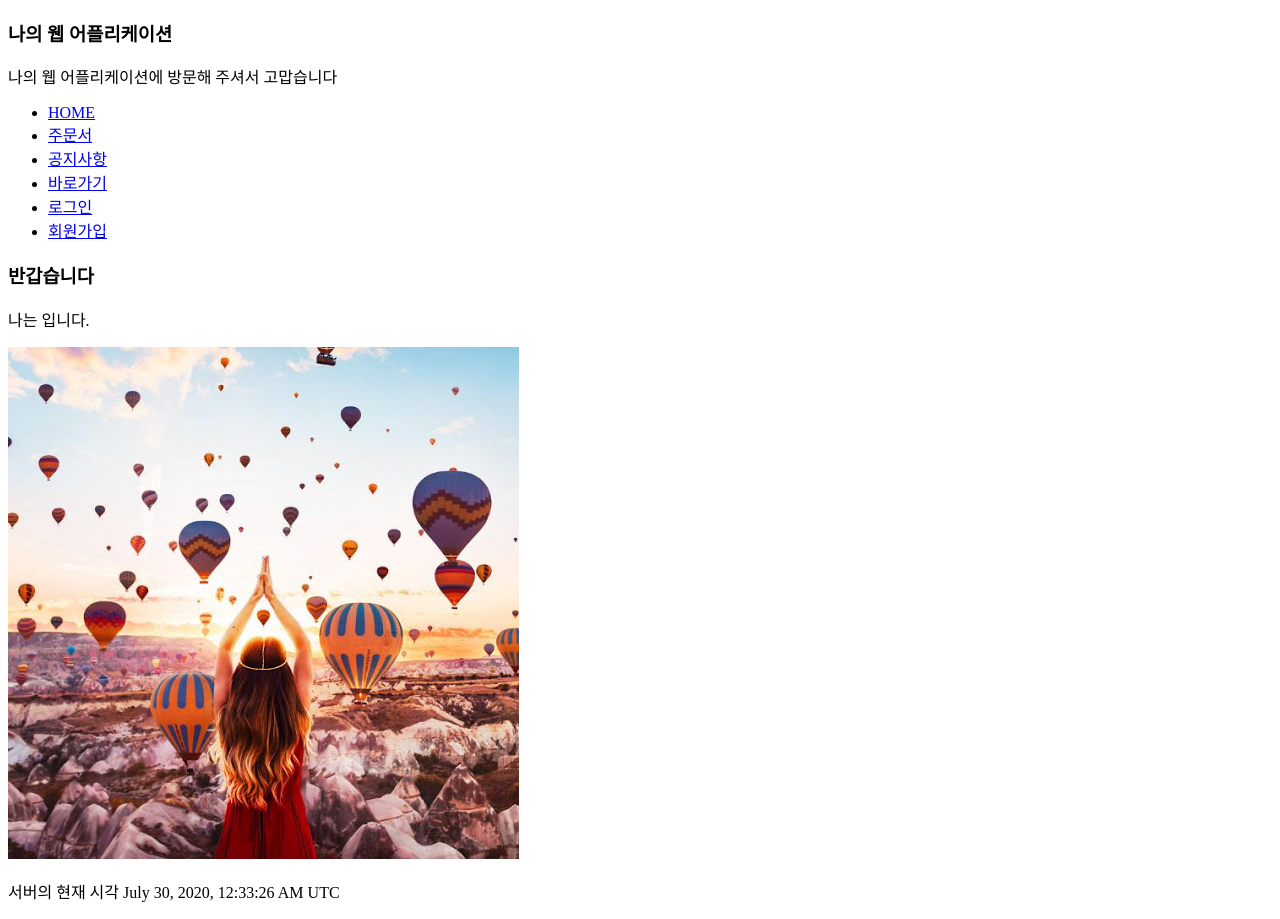
Repository: haetsalshin/Biz_506_2020_07_SpringMVC
Page: http://localhost/SpMVC_001_Order/
The author's editor kept a copy of each file at every save. The page is drawn from the files as they stood at one save, then again after the next save.
The browser window is 1280 px wide. The pictures show the whole page.
The page is served by Tomcat 9. The template is opened directly, without the code that normally fills it, so the values that code supplies are empty.

Above is the page before, as saved 2020-07-30 02:02:51.

After the next save:
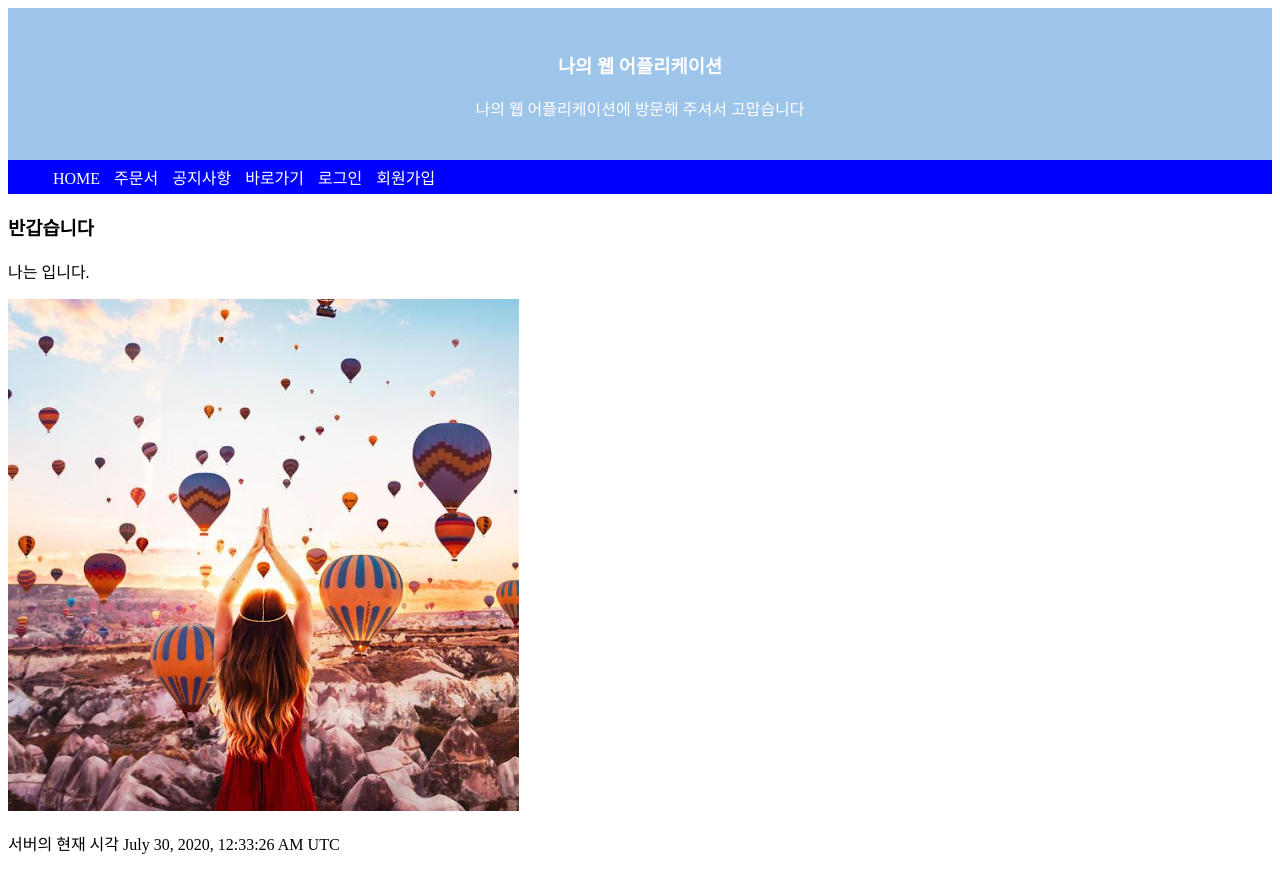
Saved 73 s later.
--- a/SpMVC_001_Order/src/main/webapp/WEB-INF/views/home.jsp
+++ b/SpMVC_001_Order/src/main/webapp/WEB-INF/views/home.jsp
@@ -8,6 +8,7 @@
 	  따라서 웬만하면 특수문자 쓰지 말것
  -->
 <title>나의 홈페이지</title>
+<link rel ="stylesheet" href = "resources/css/main.css">
 </head>
 <body>
 	<%@ include file = "/WEB-INF/views/include/include-header.jspf" %>
